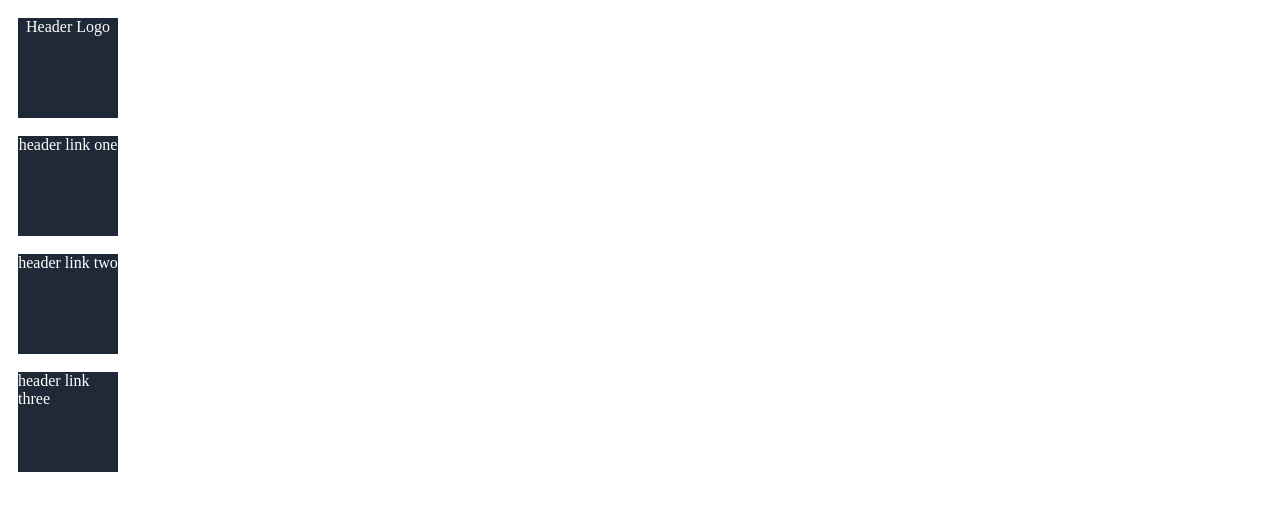
Repository: Grace561/css-exercises
Page: index.html
These files come from the project's save history. The page is drawn as it stood at one moment and after a run of saves; the edit follows.
The browser window is 1280 px wide. The pictures show the whole page.

Above is the page before, as saved 2025-04-14 13:56:37.

After the next 2 saves:
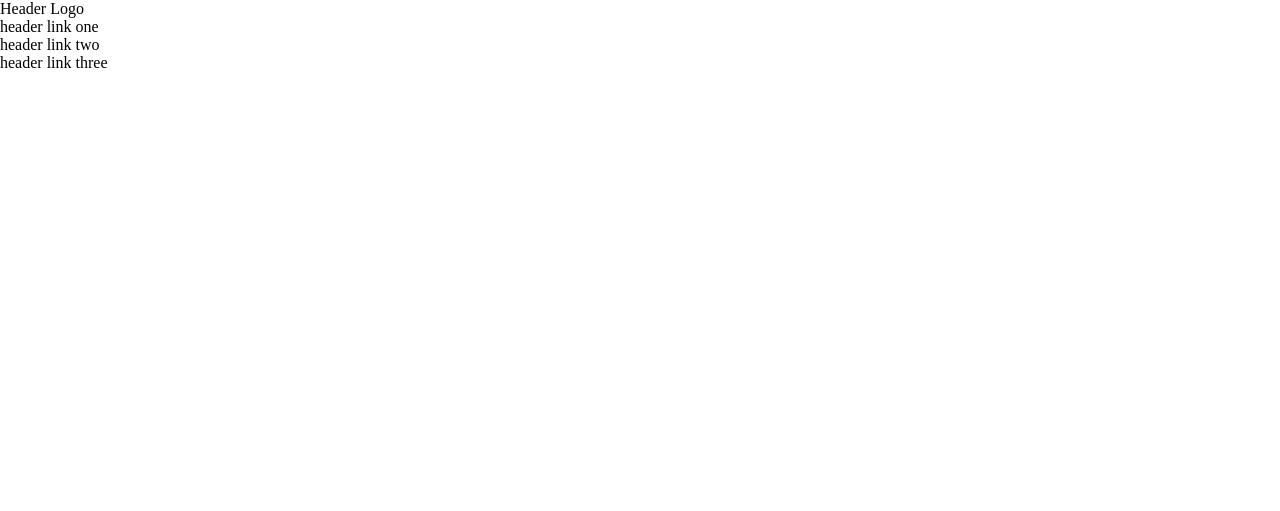
The 2 saves are shown as one change because they came seconds apart.
The last was saved 21 s later.
--- a/style.css
+++ b/style.css
@@ -2,9 +2,8 @@
     box-sizing: border-box;
     margin: 0;
     padding: 0;
-    border: #1f2937;
 }
-
+b
 .item{
     width: 100px;
     height: 100px;

After the save that followed:
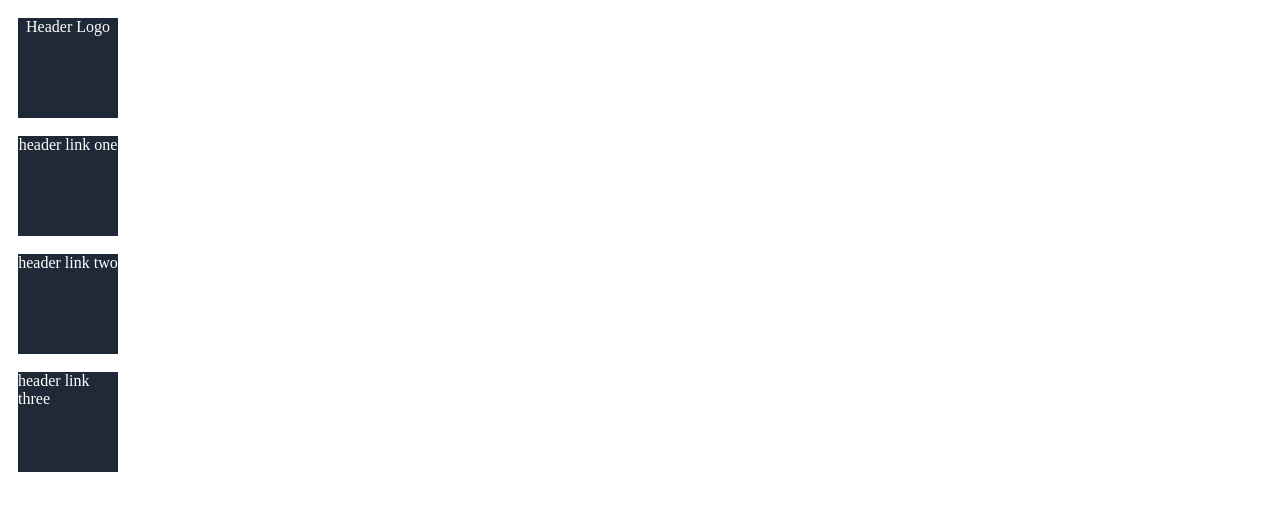
Saved 5 s later.
--- a/style.css
+++ b/style.css
@@ -3,7 +3,7 @@
     margin: 0;
     padding: 0;
 }
-b
+body
 .item{
     width: 100px;
     height: 100px;
